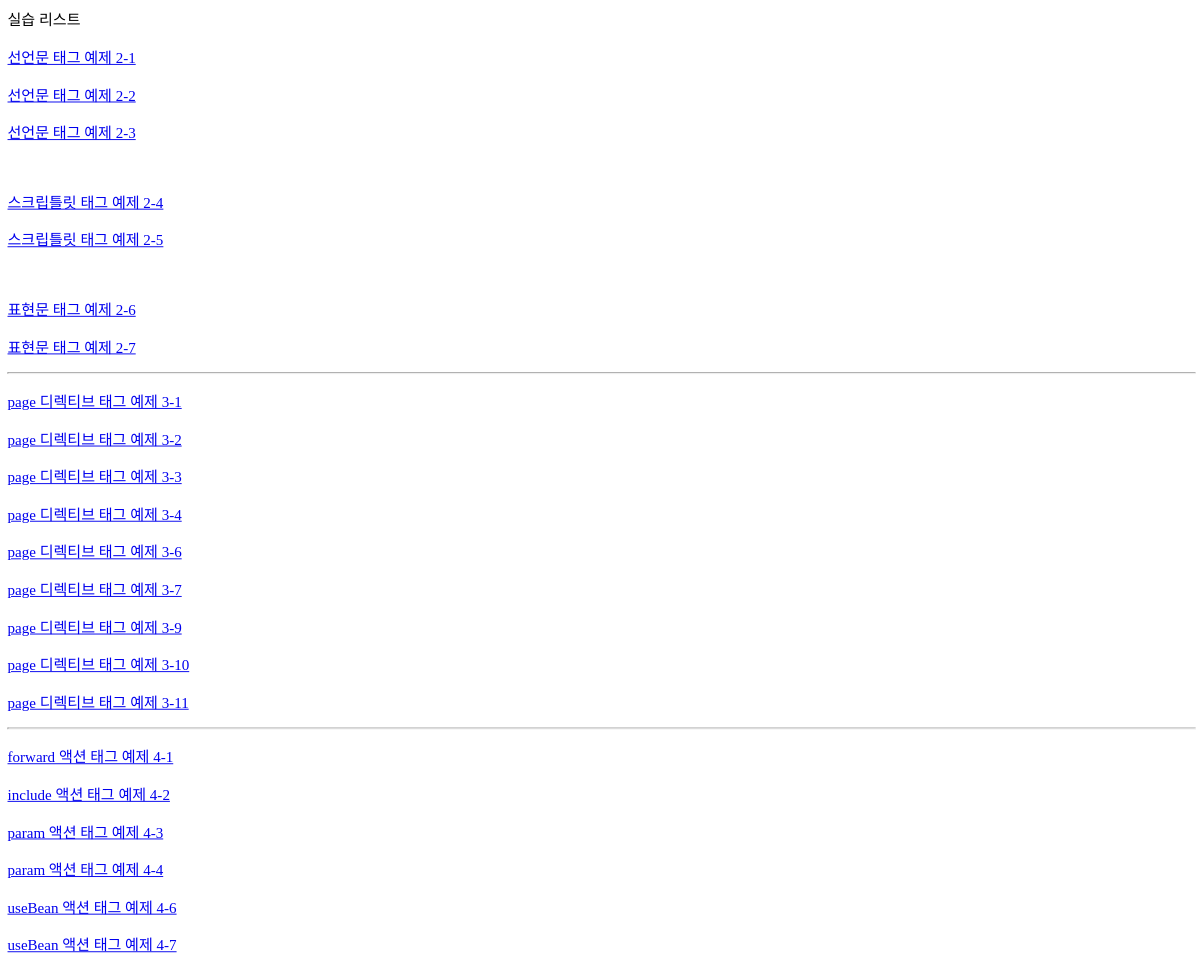
Repository: man332414/myJspStudy
Page: http://localhost/jspbook/
The author's editor kept a copy of each file at every save. The page is drawn from the files as they stood at one save, then again after the next save.
The browser window is 1280 px wide. The pictures show the whole page, at 94% of full size.
The page is served by Tomcat 10. Nobody is signed in. The application's start-up code is not run.

Above is the page before, as saved 2024-10-10 03:44:02.

After the next save:
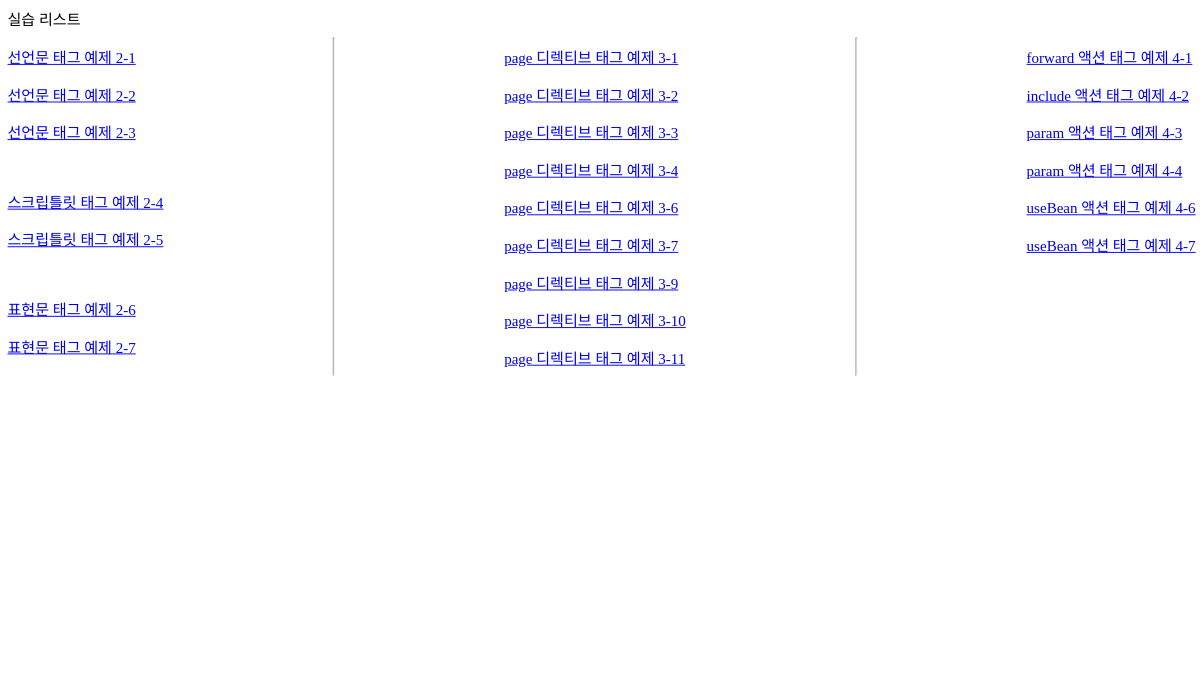
Saved 100 s later.
--- a/jspbook/src/main/webapp/index.jsp
+++ b/jspbook/src/main/webapp/index.jsp
@@ -8,32 +8,40 @@
 </head>
 <body>
 	실습 리스트
-	<p><a href = "2_1"> 선언문 태그 예제 2-1</a></p>
-	<p><a href = "2_2"> 선언문 태그 예제 2-2</a></p>
-	<p><a href = "2_3"> 선언문 태그 예제 2-3</a></p>
-	<br>
-	<p><a href = "2_4"> 스크립틀릿 태그 예제 2-4</a></p>
-	<p><a href = "2_5"> 스크립틀릿 태그 예제 2-5</a></p>
-	<br>
-	<p><a href = "2_6"> 표현문 태그 예제 2-6</a></p>
-	<p><a href = "2_7"> 표현문 태그 예제 2-7</a></p>
-	<hr>
-	<p><a href = "3_1"> page 디렉티브 태그 예제 3-1</a></p>
-	<p><a href = "3_2"> page 디렉티브 태그 예제 3-2</a></p>
-	<p><a href = "3_3"> page 디렉티브 태그 예제 3-3</a></p>
-	<p><a href = "3_4"> page 디렉티브 태그 예제 3-4</a></p>
-	<p><a href = "3_6"> page 디렉티브 태그 예제 3-6</a></p>
-	<p><a href = "3_7"> page 디렉티브 태그 예제 3-7</a></p>
-	<p><a href = "3_9"> page 디렉티브 태그 예제 3-9</a></p>
-	<p><a href = "3_10"> page 디렉티브 태그 예제 3-10</a></p>
-	<p><a href = "3_11"> page 디렉티브 태그 예제 3-11</a></p>
-	<hr>
-	<p><a href = "4_1"> forward 액션 태그 예제 4-1</a></p>
-	<p><a href = "4_2"> include 액션 태그 예제 4-2</a></p>
-	<p><a href = "4_3"> param 액션 태그 예제 4-3</a>
-	<p><a href = "4_4"> param 액션 태그 예제 4-4</a>
-	<p><a href = "4_6"> useBean 액션 태그 예제 4-6</a></p>
-	<p><a href = "4_7"> useBean 액션 태그 예제 4-7</a></p>
+	<div style = "display : flex">
+		<div>
+			<p><a href = "2_1"> 선언문 태그 예제 2-1</a></p>
+			<p><a href = "2_2"> 선언문 태그 예제 2-2</a></p>
+			<p><a href = "2_3"> 선언문 태그 예제 2-3</a></p>
+			<br>
+			<p><a href = "2_4"> 스크립틀릿 태그 예제 2-4</a></p>
+			<p><a href = "2_5"> 스크립틀릿 태그 예제 2-5</a></p>
+			<br>
+			<p><a href = "2_6"> 표현문 태그 예제 2-6</a></p>
+			<p><a href = "2_7"> 표현문 태그 예제 2-7</a></p>
+		</div>
+		<hr>
+		<div>
+			<p><a href = "3_1"> page 디렉티브 태그 예제 3-1</a></p>
+			<p><a href = "3_2"> page 디렉티브 태그 예제 3-2</a></p>
+			<p><a href = "3_3"> page 디렉티브 태그 예제 3-3</a></p>
+			<p><a href = "3_4"> page 디렉티브 태그 예제 3-4</a></p>
+			<p><a href = "3_6"> page 디렉티브 태그 예제 3-6</a></p>
+			<p><a href = "3_7"> page 디렉티브 태그 예제 3-7</a></p>
+			<p><a href = "3_9"> page 디렉티브 태그 예제 3-9</a></p>
+			<p><a href = "3_10"> page 디렉티브 태그 예제 3-10</a></p>
+			<p><a href = "3_11"> page 디렉티브 태그 예제 3-11</a></p>
+		</div>
+		<hr>
+		<div>
+			<p><a href = "4_1"> forward 액션 태그 예제 4-1</a></p>
+			<p><a href = "4_2"> include 액션 태그 예제 4-2</a></p>
+			<p><a href = "4_3"> param 액션 태그 예제 4-3</a>
+			<p><a href = "4_4"> param 액션 태그 예제 4-4</a>
+			<p><a href = "4_6"> useBean 액션 태그 예제 4-6</a></p>
+			<p><a href = "4_7"> useBean 액션 태그 예제 4-7</a></p>
+		</div>
+	</div>
 
 </body>
 </html>
